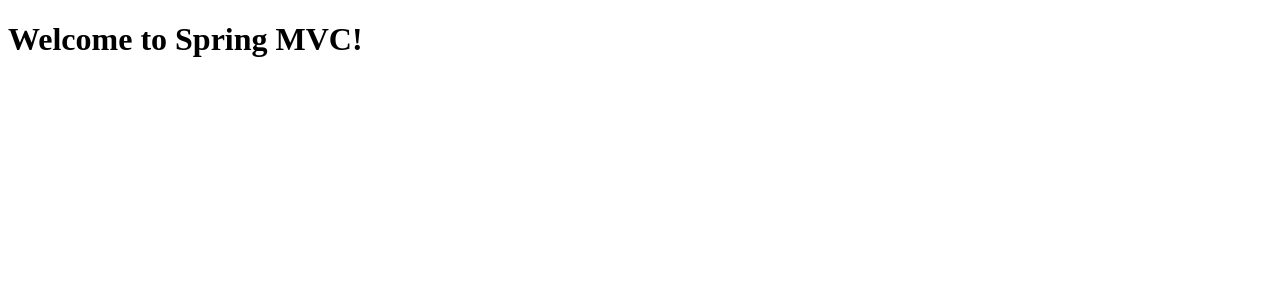
Repository: arindamkundu1091/Advanced_JAVA
Page: http://localhost/SpringMVC/
The author's editor kept a copy of each file at every save. The page is drawn from the files as they stood at one save, then again after the next save.
The browser window is 1280 px wide. The pictures show the whole page.
The page is served by Tomcat 9. Other server files are loaded and not shown.

Above is the page before, as saved 2023-02-20 09:50:46.

### SpringMVC/SpringMVC/src/main/webapp/index.jsp
<%@ page language="java" contentType="text/html; charset=ISO-8859-1"
    pageEncoding="ISO-8859-1"%>
<!DOCTYPE html>
<html>
<head>
<meta charset="ISO-8859-1">
<title>Insert title here</title>
</head>
<body>
<h1>
Welcome to Spring MVC!
</h1>
</body>
</html>

After the next save:
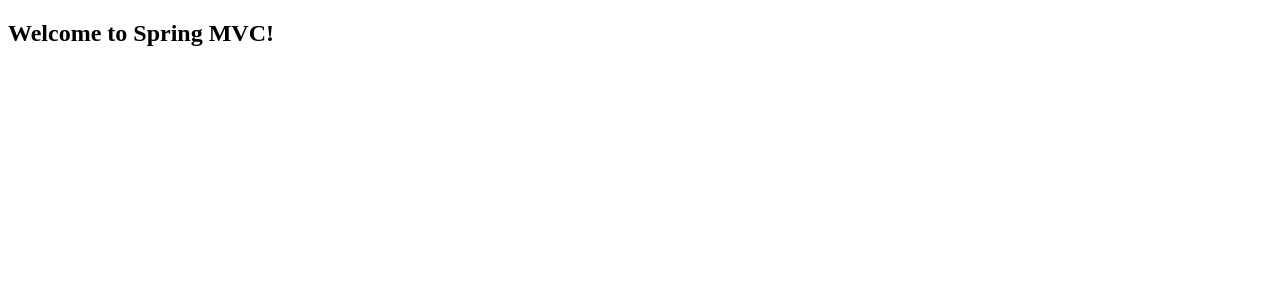
Saved 16 s later.
--- a/SpringMVC/SpringMVC/src/main/webapp/index.jsp
+++ b/SpringMVC/SpringMVC/src/main/webapp/index.jsp
@@ -7,8 +7,8 @@
 <title>Insert title here</title>
 </head>
 <body>
-<h1>
+<h2>
 Welcome to Spring MVC!
-</h1>
+</h2>
 </body>
 </html>
